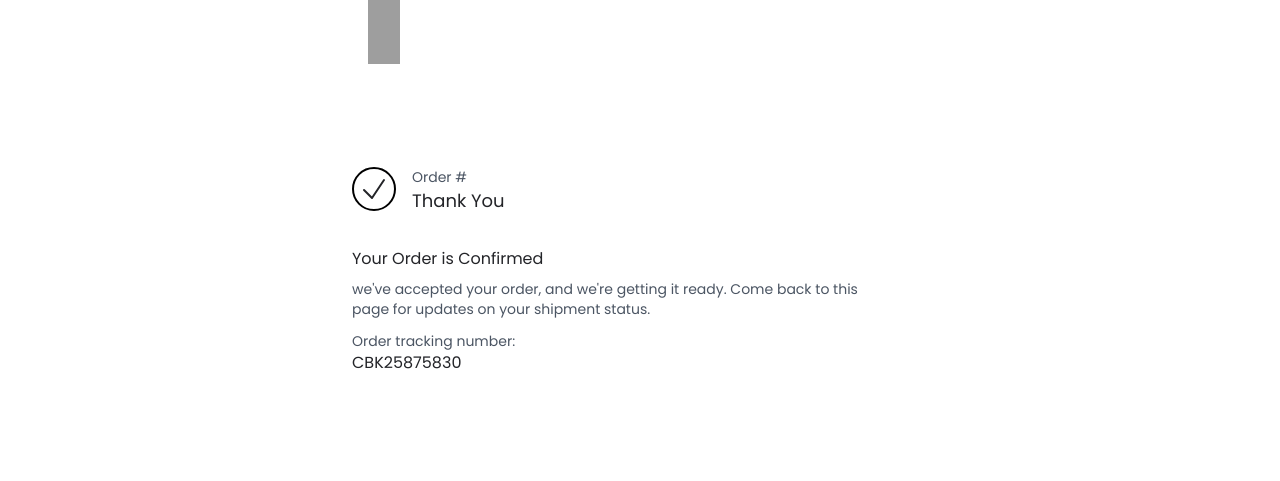
Repository: Deonorla/apple_redesign
Page: /success
The author's editor kept a copy of each file at every save. The page is drawn from the files as they stood at one save, then again after the next save.
The browser window is 1280 px wide. The pictures show the whole page.
Pictures or frames that could not be fetched are drawn as grey boxes. The project was rebuilt for these pictures with package versions that can differ from the ones it lists, and the page was loaded fresh each time. The framework's server and built-in components were replaced by stand-ins that run in the browser. Also part of the build but not shown: next.config.js.

Above is the page before, as saved 2024-02-06 00:51:03.

After the next save:
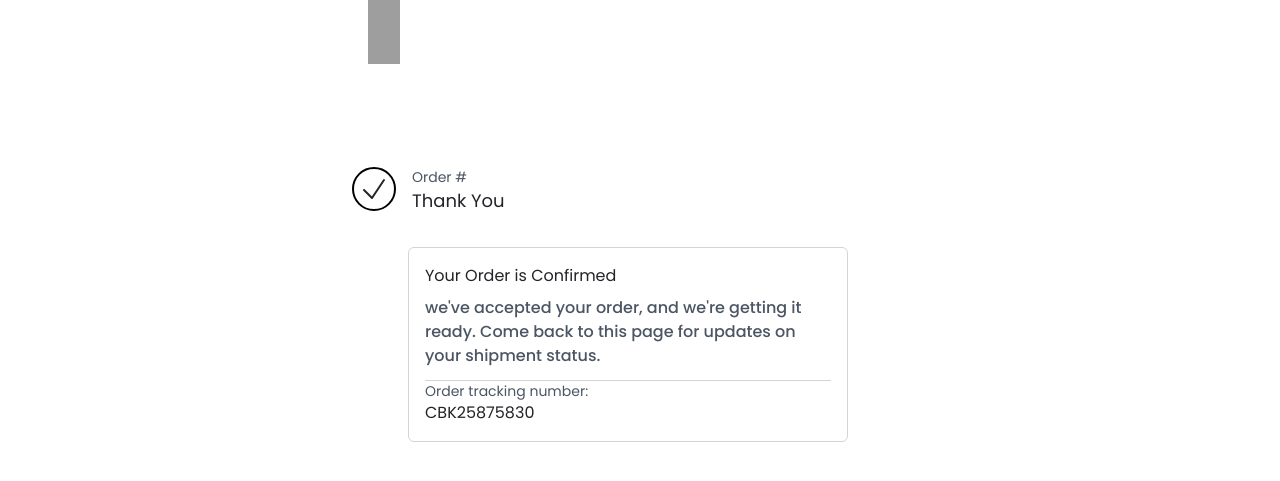
Saved 4 min 9 s later.
--- a/pages/success.tsx
+++ b/pages/success.tsx
@@ -43,10 +43,10 @@
               </h4>
             </div>
           </div>
-          <div>
+          <div className="mx-4 divide-y divide-gray-300 rounded-md border border-gray-300 p-4 lg:ml-14">
             <div className="space-y-2 pb-3">
               <p>Your Order is Confirmed</p>
-              <p className="text-sm text-gray-600">
+              <p className="font-medium text-gray-600">
                 we've accepted your order, and we're getting it ready. Come back
                 to this page for updates on your shipment status.
               </p>
@@ -56,6 +56,7 @@
               <p>CBK25875830</p>
             </div>
           </div>
+          <div></div>
         </section>
       </main>
     </div>
